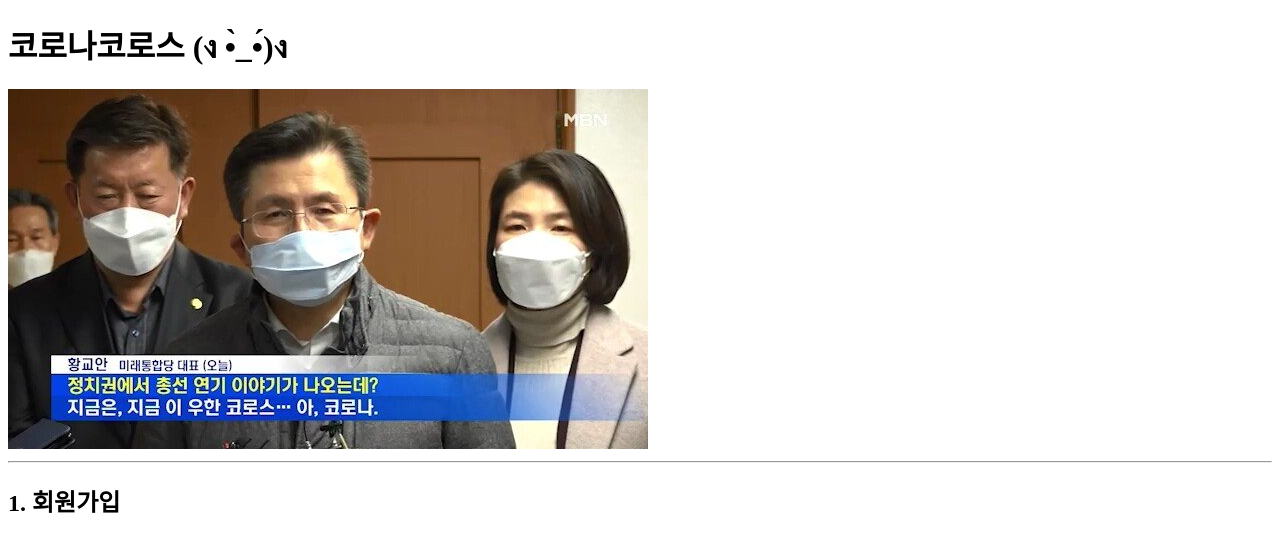
Repository: bbookk1104/spring-workspace
Page: http://localhost/practice_CRUD/
These files come from the project's save history. The page is drawn as it stood at one moment and after the next save; the edit follows.
The browser window is 1280 px wide. The pictures show the whole page.
The page is served by Tomcat 9. Other server files are loaded and not shown.

Above is the page before, as saved 2022-09-30 08:48:47.

### practice_CRUD/src/main/webapp/index.jsp
<%@ page language="java" contentType="text/html; charset=UTF-8"
    pageEncoding="UTF-8"%>
<!DOCTYPE html>
<html>
<head>
<meta charset="UTF-8">
<title>자가격리4일째</title>
</head>
<body>
	<h1>코로나코로스 (ง •̀_•́)ง </h1>
	<img src="/resources/img/coross.jpg">
	<hr>
	<h2>1. 회원가입</h2>
</body>
</html>

After the next save:
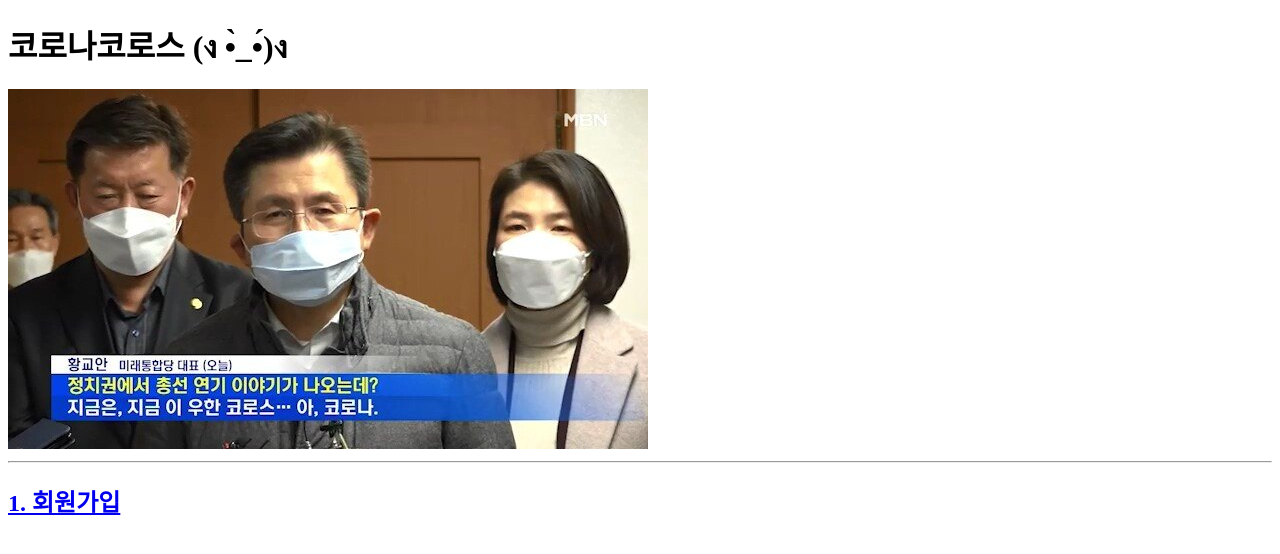
Saved 39 s later.
--- a/practice_CRUD/src/main/webapp/index.jsp
+++ b/practice_CRUD/src/main/webapp/index.jsp
@@ -10,6 +10,6 @@
 	<h1>코로나코로스 (ง •̀_•́)ง </h1>
 	<img src="/resources/img/coross.jpg">
 	<hr>
-	<h2>1. 회원가입</h2>
+	<h2><a href="/joinFrm.do">1. 회원가입</a></h2>
 </body>
 </html>
